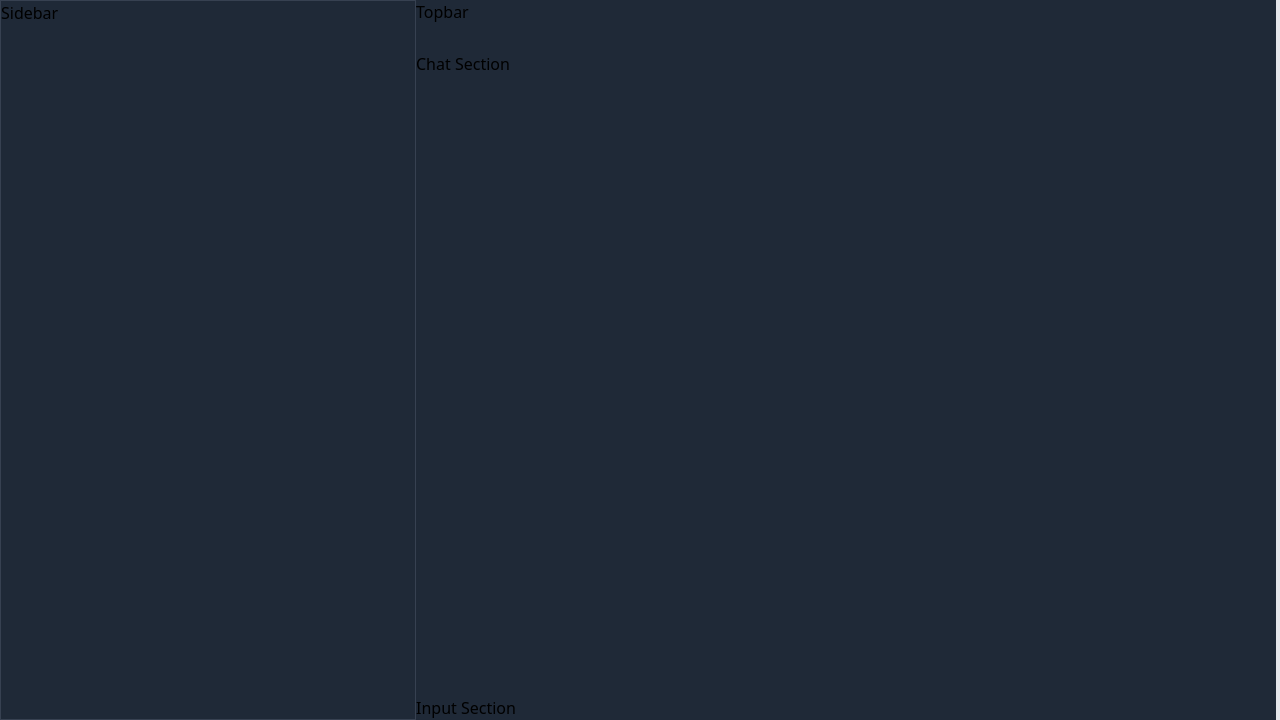
Repository: Qu4ntumGuy/telegram-clone
Page: /
An editor plug-in stored every save of this project. The page is shown before and after the next save, followed by the edit.
The browser window is 1280 px wide. The pictures show the whole page.
The project was rebuilt for these pictures with package versions that can differ from the ones it lists, and the page was loaded fresh each time. Also part of the build but not shown: src/Utils/ContextProvider.js.

Above is the page before, as saved 2024-07-15 11:04:33.

After the next save:
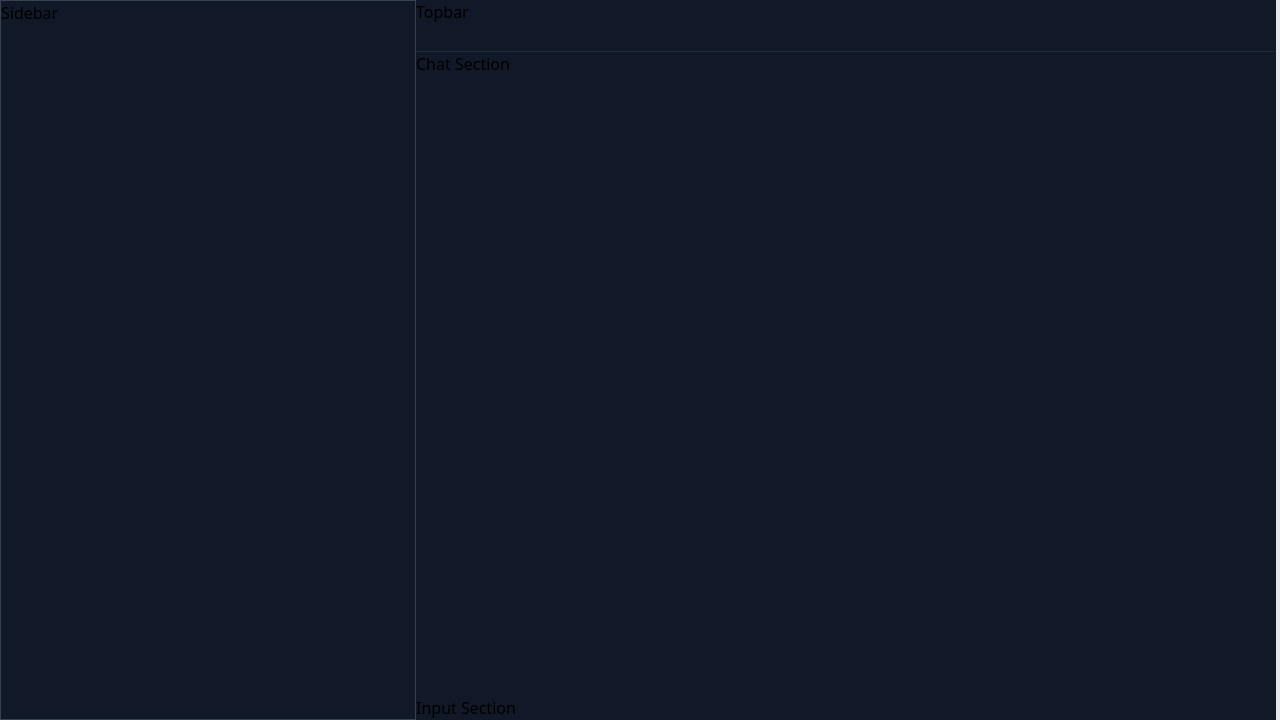
Saved 7 s later.
--- a/src/index.css
+++ b/src/index.css
@@ -3,5 +3,5 @@
 @tailwind utilities;
 
 :root {
-  @apply bg-gray-800;
+  @apply bg-gray-900;
 }
